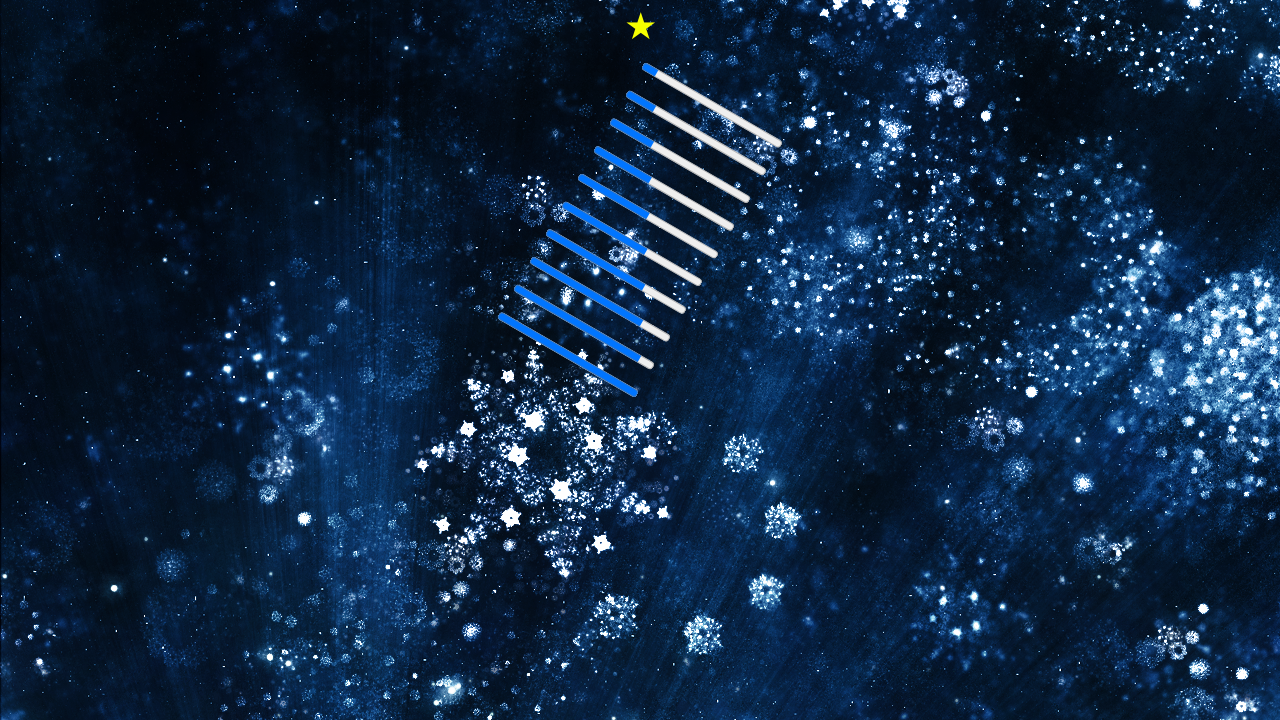
Repository: hanj291/hanj291.github.io
Page: CSS_composition/page5.html
The author's editor kept a record of every edit. The page is drawn from the files as they stood at one moment, then again after the next edit.
The browser window is 1280 px wide. The pictures show the whole page.

Above is the page before.

### CSS_composition/page5.html
<html>

	<head>
		<center>
		<h1><p style="color:#F6FF00">&#9733;</p></h1></a>
		<link href="page5css.css" rel="stylesheet">
	</head>
	<body>
		<div class=qq>
		<p><progress value="10" max="100"></progress>
		<p><progress value="20" max="100"></progress>
		<p><progress value="30" max="100"></progress>
		<p><progress value="40" max="100"></progress>
		<p><progress value="50" max="100"></progress>
		<p><progress value="60" max="100"></progress>
		<p><progress value="70" max="100"></progress>
		<p><progress value="80" max="100"></progress>
		<p><progress value="90" max="100"></progress>
		<p><progress value="100" max="100"></progress>

	</body>
</html>

### CSS_composition/page5css.css
body {
    background-image: url(image/snow.jpeg);
}
.qq {
    transform: rotate(30deg)
}

After the next edit:
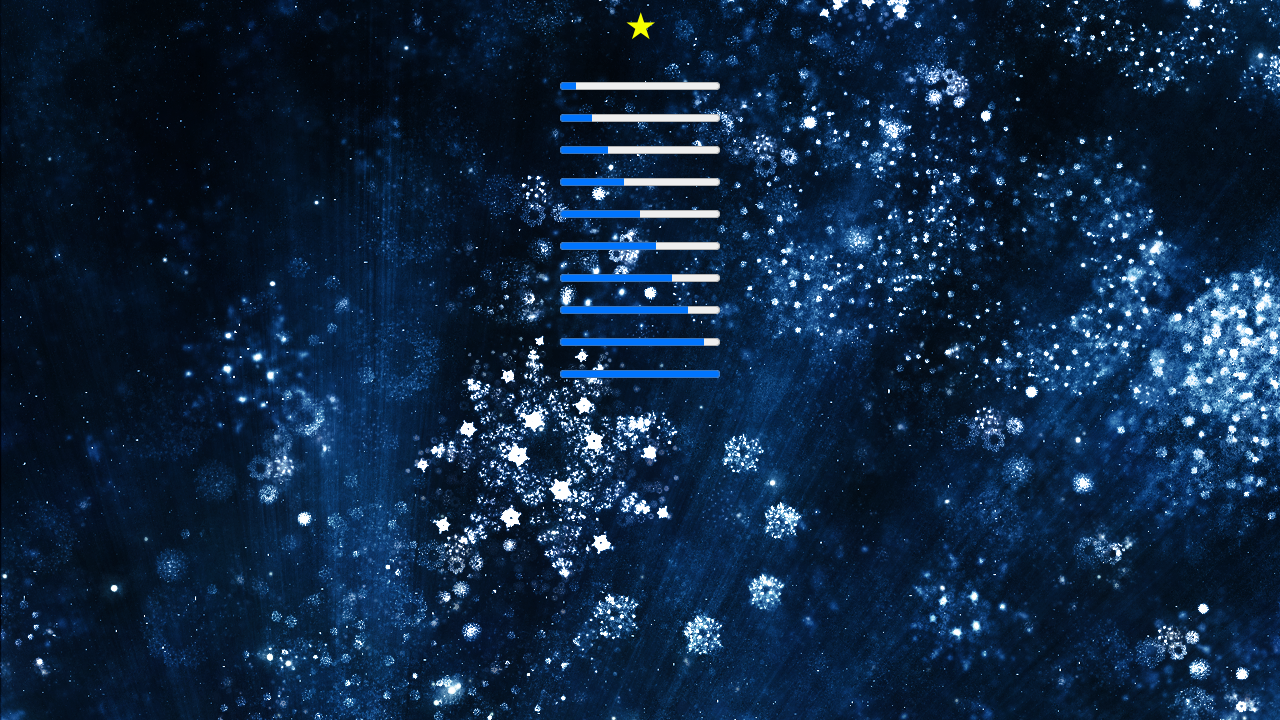
The edit:
--- a/CSS_composition/page5.html
+++ b/CSS_composition/page5.html
@@ -6,7 +6,7 @@
 		<link href="page5css.css" rel="stylesheet">
 	</head>
 	<body>
-		<div class=qq>
+
 		<p><progress value="10" max="100"></progress>
 		<p><progress value="20" max="100"></progress>
 		<p><progress value="30" max="100"></progress>
